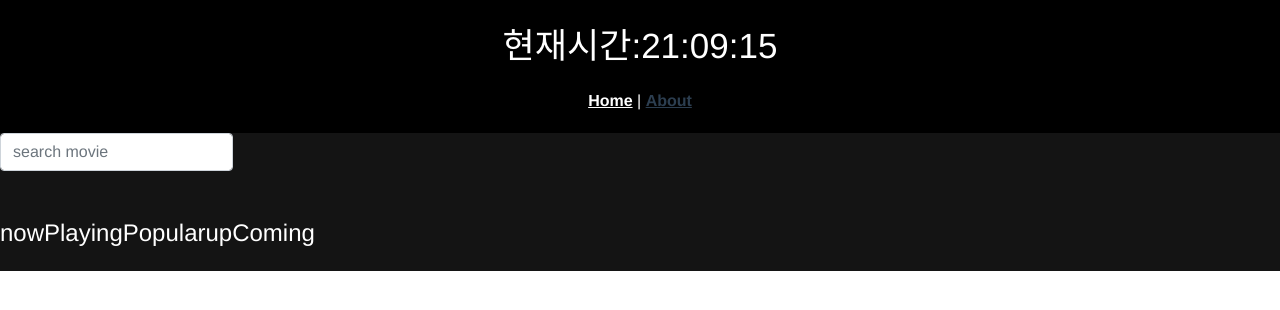
Repository: HeeJeong0718/Vuemovie
Page: /
An editor plug-in stored every save of this project. The page is shown before and after the next save, followed by the edit.
The browser window is 1280 px wide. The pictures show the whole page.
The page's requests for data from a server got no answer. The project was rebuilt for these pictures with package versions that can differ from the ones it lists, and the page was loaded fresh each time. No one was signed in, and anything a server would have sent is missing. Also part of the build but not shown: vue.config.js.

Above is the page before, as saved 2022-06-20 21:04:32.

After the next save:
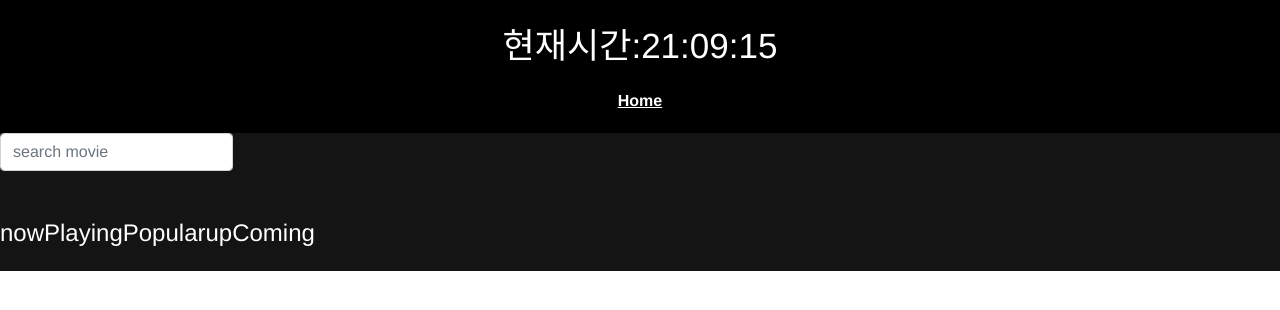
Saved 52 s later.
--- a/src/App.vue
+++ b/src/App.vue
@@ -4,8 +4,8 @@
       <div class="clock">
     <p>현재시간:{{now}}</p>
     </div>
-      <router-link to="/">Home</router-link> |
-      <router-link to="/about">About</router-link>
+      <router-link to="/">Home</router-link>
+
     </nav>
     <router-view/>
   </div>
